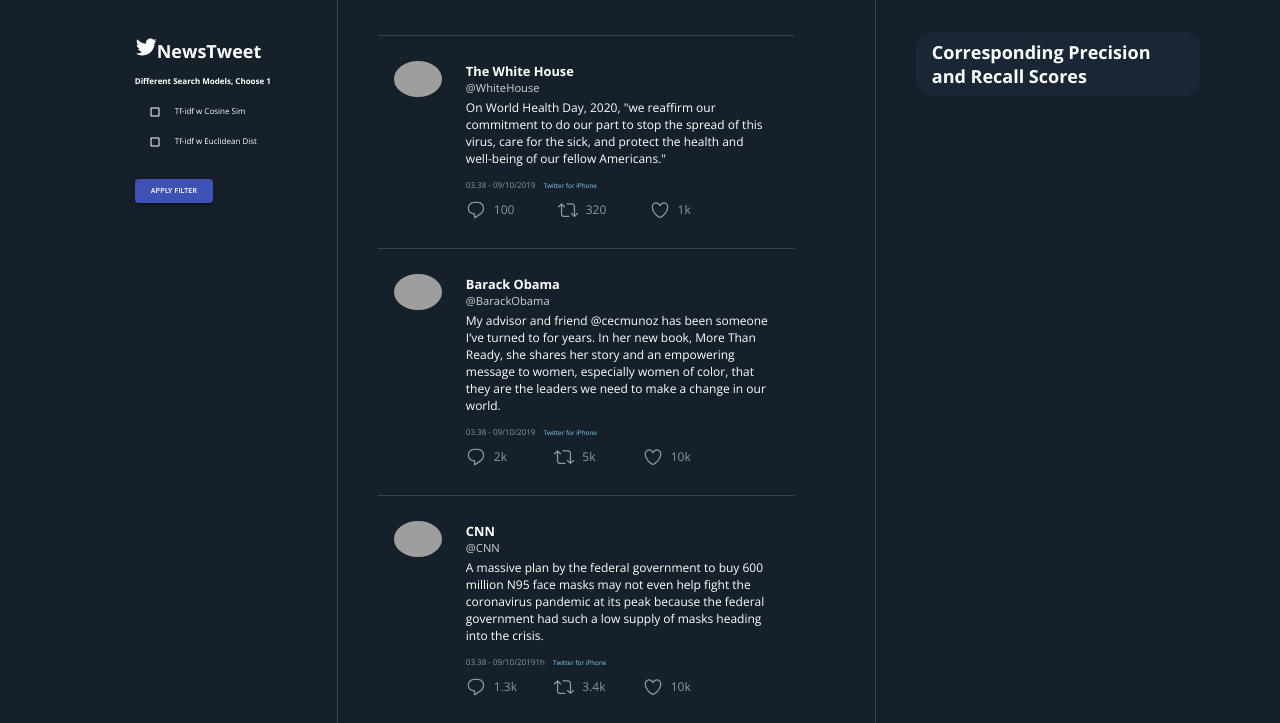
Repository: Dustyik/TwitterAIproj
Page: / (app in FrontEnd/)
An editor plug-in stored every save of this project. The page is shown before and after the next save, followed by the edit.
The browser window is 1280 px wide. The pictures show the whole page.
Pictures or frames that could not be fetched are drawn as grey boxes. The page's requests for data from a server got no answer. The project was rebuilt for these pictures with package versions that can differ from the ones it lists, and the page was loaded fresh each time. No one was signed in, and anything a server would have sent is missing. Also part of the build but not shown: FrontEnd/src/components/trending/Trend.js, FrontEnd/src/components/trending/TrendsList.js, FrontEnd/src/components/trending/FollowSuggestionCard.js, FrontEnd/src/styles/FollowList.css, FrontEnd/src/components/trending/FollowSuggestionsList.js, FrontEnd/src/components/StatusCard.js, FrontEnd/src/pages/Status.js, FrontEnd/src/components/profile/ProfileHead.js and 3 more.

Above is the page before, as saved 2021-08-03 00:33:32.

After the next save:
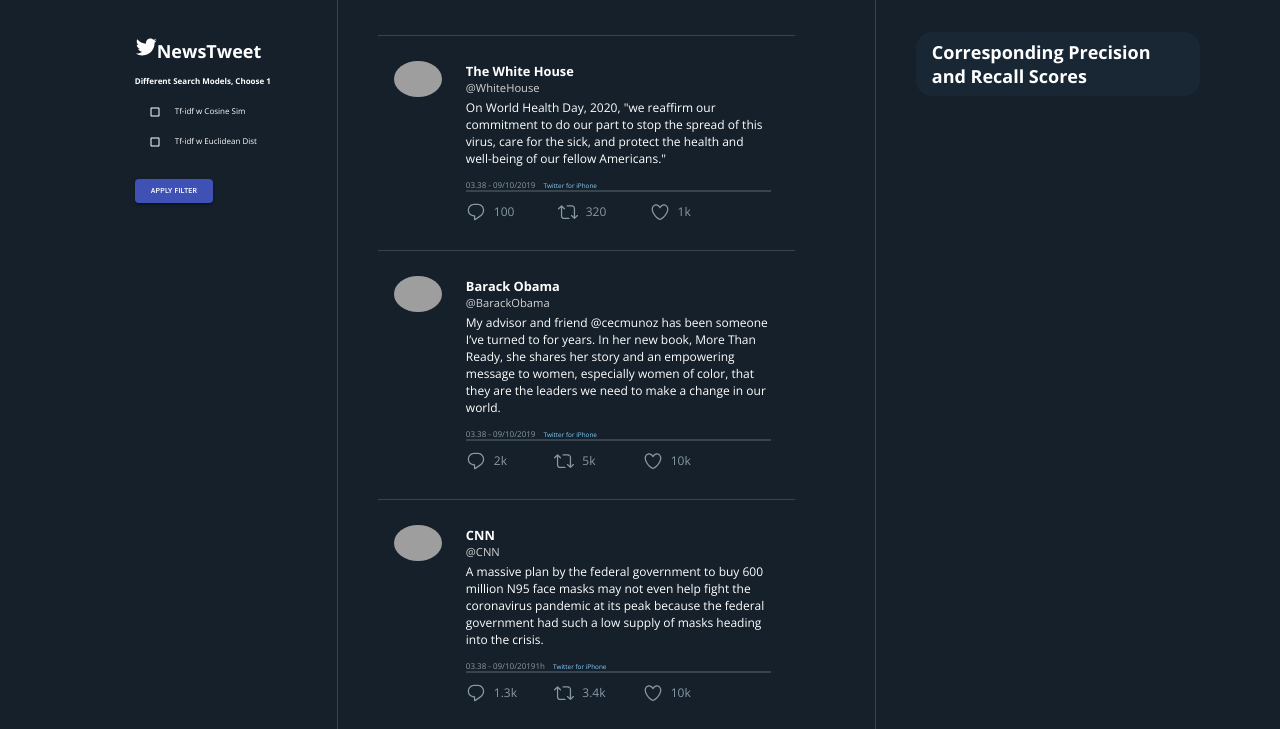
Saved 17 s later.
--- a/FrontEnd/src/components/TweetCard.js
+++ b/FrontEnd/src/components/TweetCard.js
@@ -38,6 +38,12 @@
                         </span>
                     </span>
 
+                    <div className="tweet-middle-border"/>
+
+                    <div className="tweet-middle-border"/>
+
+
+
 
 
                     <div className="tweet-card-footer">
